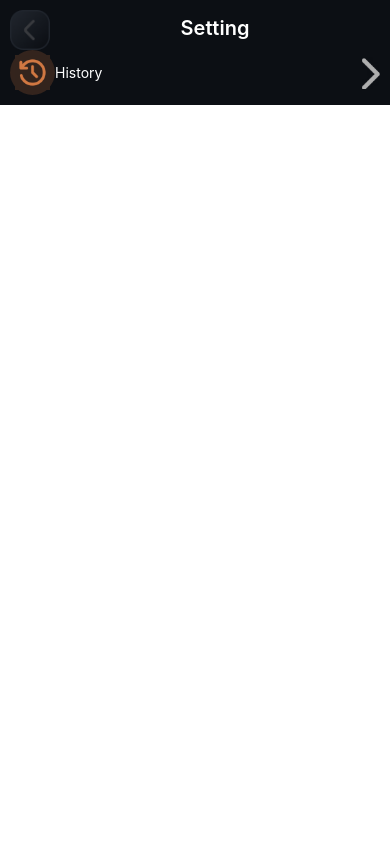
Repository: nguoilaisaochoi/App-coffe
Screen: /
These files come from the project's save history. The screen is drawn as it stood at one moment and after the next save; the edit follows.
The app was drawn by React Native's web renderer in a window 390 px wide. The project was rebuilt for these pictures with package versions that can differ from the ones it lists, and the page was loaded fresh each time.

Above is the screen before, as saved 2024-01-13 08:56:57.

### App.tsx
import { View, Text } from 'react-native'
import React from 'react'
import Login from './src/Login'
import Register from './src/Register'
import Setting from './src/Setting'
const App = () => {
  return (
    <View>
      <Setting/>
    </View>
  )
}

export default App

### src/Setting.js
import {View, Text, StyleSheet, Image} from 'react-native';
import React from 'react';

const Setting = () => {
  return (
    <View style={mystyle.body}>
      <View style={mystyle.task}>
        <Image
          style={mystyle.arrowleft}
          source={require('../assets/img/arrowleft.png')}
        />
        <Text style={mystyle.textsetting}>Setting</Text>
      </View>
      <View style={mystyle.setting}>
        <View style={mystyle.bgicon}>
          <Image
            style={mystyle.icon}
            source={require('../assets/img/clock.png')}
          />
        </View>
        <Text style={mystyle.text}>History</Text>
        <Image
          style={mystyle.arrowright}
          source={require('../assets/img/Arrow_right.jpg')}
        />
      </View>
    </View>
  );
};

export default Setting;
const mystyle = StyleSheet.create({
  body: {
    width: '100%',
    height: '100%',
    padding: 10,
    backgroundColor: '#0C0F14',
  },
  task: {
    width: '100%',
    display: 'flex',
    flexDirection: 'row',
  },
  arrowleft: {
    width: 40,
    height: 40,
  },
  textsetting: {
    color: 'white',
    marginLeft: 'auto',
    marginRight: 'auto',
    fontSize: 20,
    fontStyle: 'normal',
    fontWeight: '600',
    lineHeight: 36,
  },
  setting: {
    display: 'flex',
    flexDirection: 'row',
    alignItems:'center',
  },
  text: {
    color: 'white',
  },
  bgicon: {
    display:'flex',
    justifyContent:'center',
    alignItems:'center',
    width: 45,
    height: 45,
    borderRadius:50,
    backgroundColor: 'rgba(209, 120, 66, 0.20)',
  },
  icon:{
    width:35,
    height:35,
  },
  arrowright:{
    width:18,
    height:32,
    marginLeft:'auto',
  }
});

After the next save:
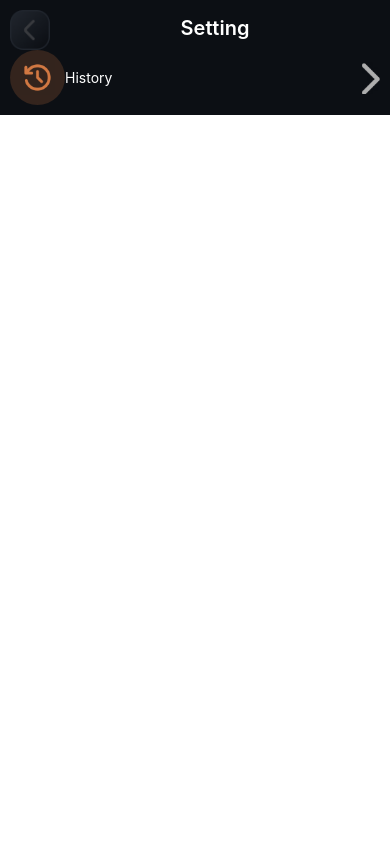
Saved 14 s later.
--- a/src/Setting.js
+++ b/src/Setting.js
@@ -66,8 +66,8 @@ const mystyle = StyleSheet.create({
     display:'flex',
     justifyContent:'center',
     alignItems:'center',
-    width: 45,
-    height: 45,
+    width: 55,
+    height: 55,
     borderRadius:50,
     backgroundColor: 'rgba(209, 120, 66, 0.20)',
   },
